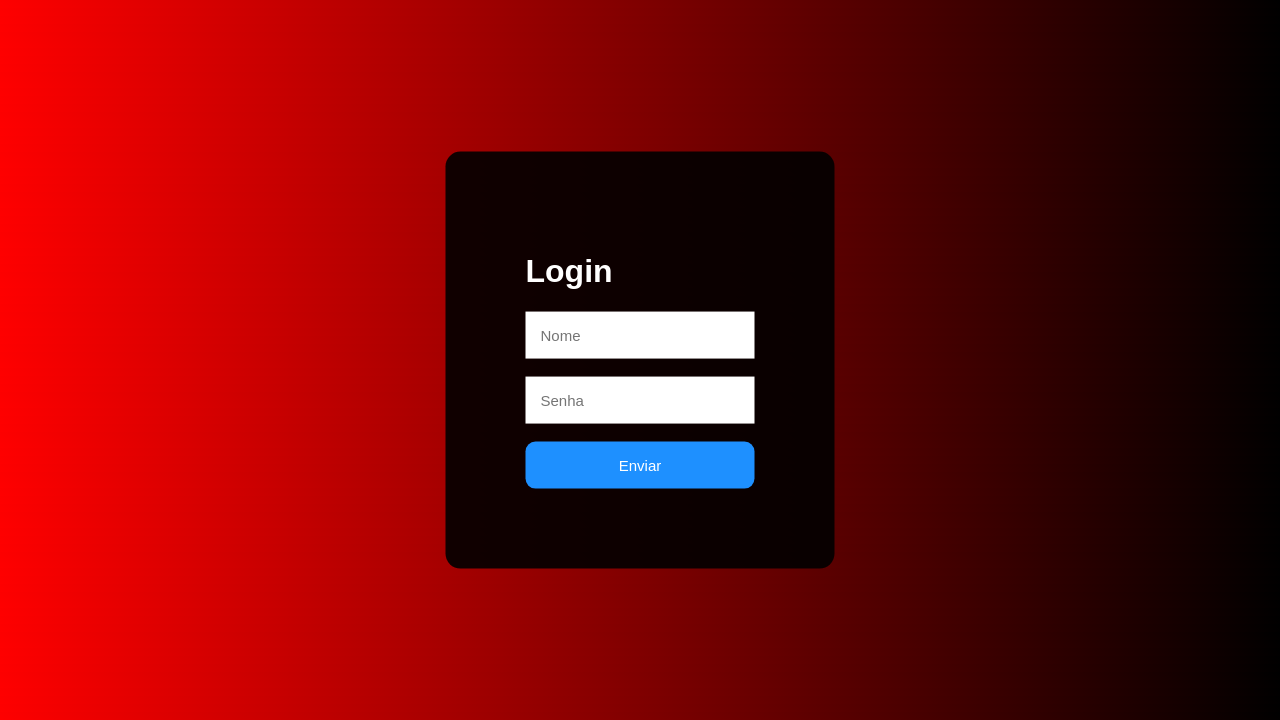
Repository: Vitor4863/Projeto-MetalBull
Page: http://localhost/MetalBull/
The author's editor kept a copy of each file at every save. The page is drawn from the files as they stood at one save, then again after the next save.
The browser window is 1280 px wide. The pictures show the whole page.
The page is served by Tomcat 9. Other server files are loaded and not shown.

Above is the page before, as saved 2022-06-23 21:39:12.

### MetalBull/src/main/webapp/index.jsp
<%@ page language="java" contentType="text/html; charset=ISO-8859-1"
    pageEncoding="ISO-8859-1"%>
<!DOCTYPE html>
<html>
<head>
<meta charset="ISO-8859-1">
<title>Insert title here</title>
</head>
<body>
 <style>
        body{
            font-family: Arial, Helvetica, sans-serif;
            background-image: linear-gradient(45deg, red, black);
        }
        div{
            background-color: rgba(0, 0, 0, 0.9);
            position: absolute;
            top: 50%;
            left: 50%;
            transform: translate(-50%,-50%);
            padding: 80px;
            border-radius: 15px;
            color: #fff;
        }
        input{
            padding: 15px;
            border: none;
            outline: none;
            font-size: 15px;
        }
        button{
            background-color: dodgerblue;
            border: none;
            padding: 15px;
            width: 100%;
            border-radius: 10px;
            color: white;
            font-size: 15px;

        }
        button:hover{
            background-color: deepskyblue;
            cursor: pointer;
        }
    </style>
</head>
<body>
    <div>
        <h1>Login</h1>
        <input type="text" placeholder="Nome">
        <br><br>
        <input type="password" placeholder="Senha">
        <br><br>
        <button>Enviar</button>
    </div>
</body>
</html>

After the next save:
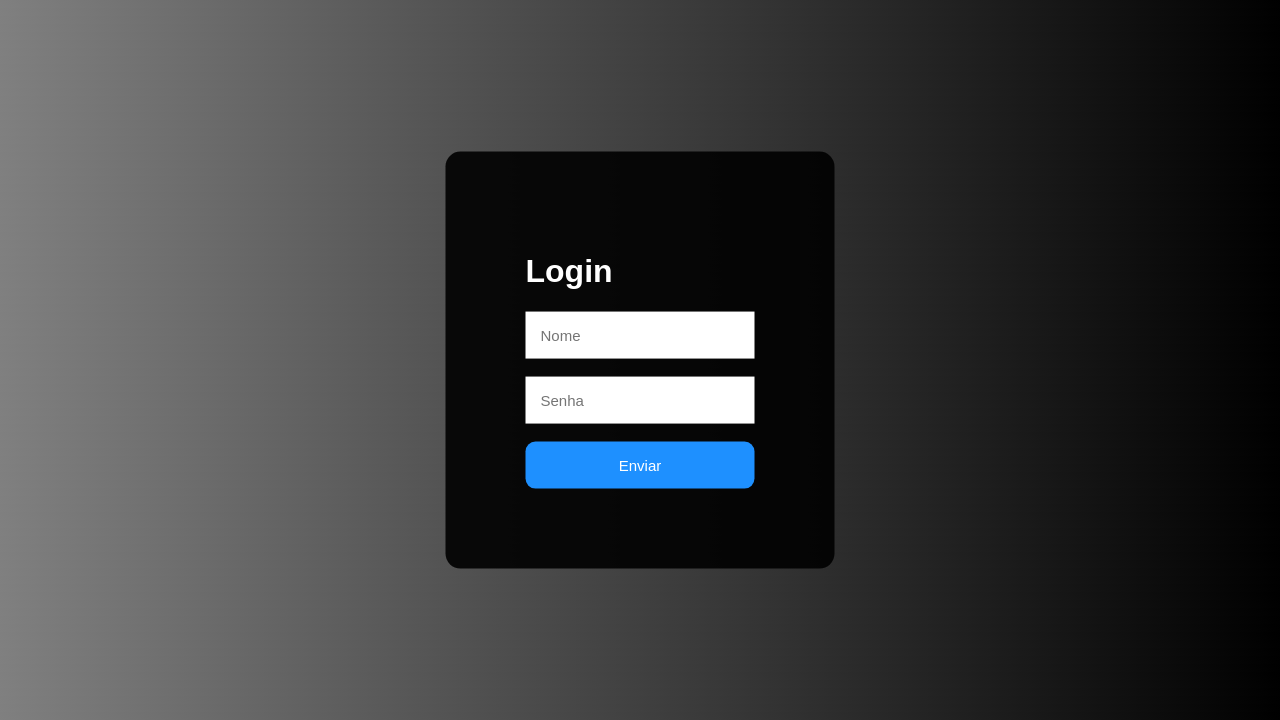
Saved 8 s later.
--- a/MetalBull/src/main/webapp/index.jsp
+++ b/MetalBull/src/main/webapp/index.jsp
@@ -10,7 +10,7 @@
  <style>
         body{
             font-family: Arial, Helvetica, sans-serif;
-            background-image: linear-gradient(45deg, red, black);
+            background-image: linear-gradient(45deg, gray, black);
         }
         div{
             background-color: rgba(0, 0, 0, 0.9);
